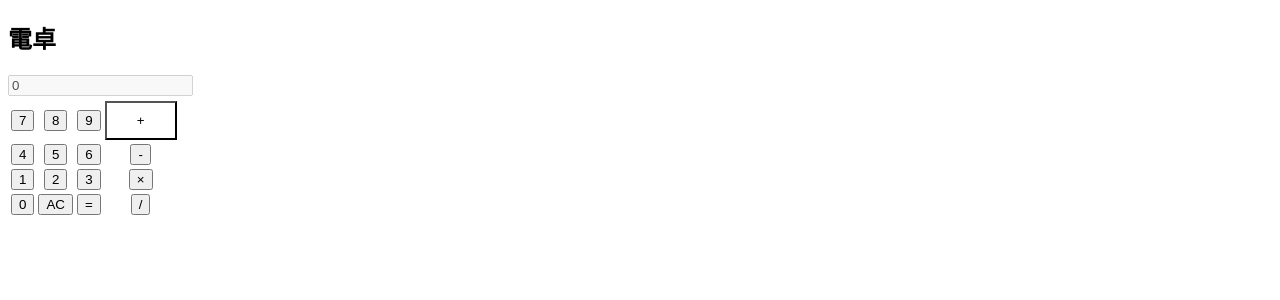
Repository: syokaturyou/potepan
Page: dentaku.html
The author's editor kept a record of every edit. The page is drawn from the files as they stood at one moment, then again after the next edit.
The browser window is 1280 px wide. The pictures show the whole page.

Above is the page before.

After the next edit:
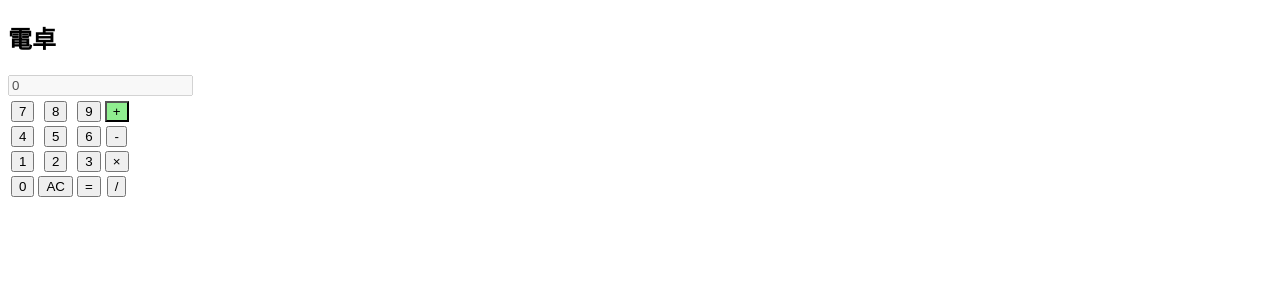
The edit:
--- a/css/main.css
+++ b/css/main.css
@@ -13,6 +13,6 @@
 }
 
 .plus{
-    background-color: white;
-    padding: 10px 30px;
+    background-color: lightgreen;
+    /*padding: 10px 30px;*/
 }
